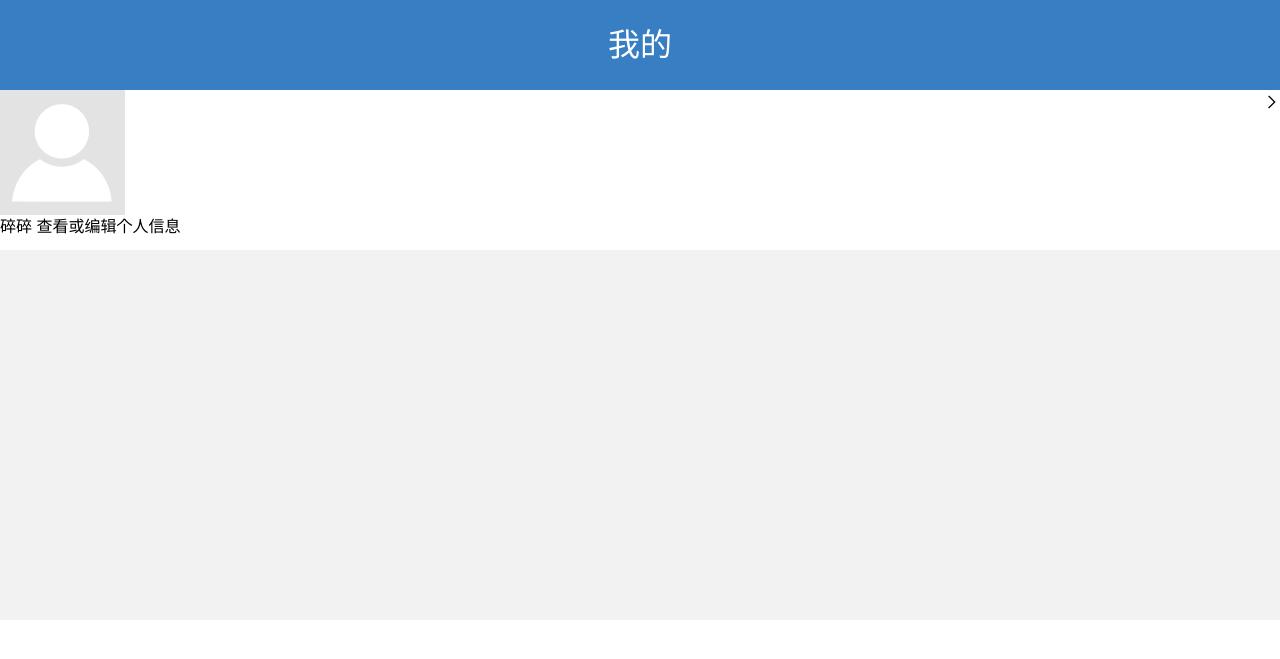
Repository: A1LExX/H5_study_set
Page: myProfile/index.html
An editor plug-in stored every save of this project. The page is shown before and after the next save, followed by the edit.
The browser window is 1280 px wide. The pictures show the whole page.

Above is the page before, as saved 2021-07-12 20:10:47.

After the next save:
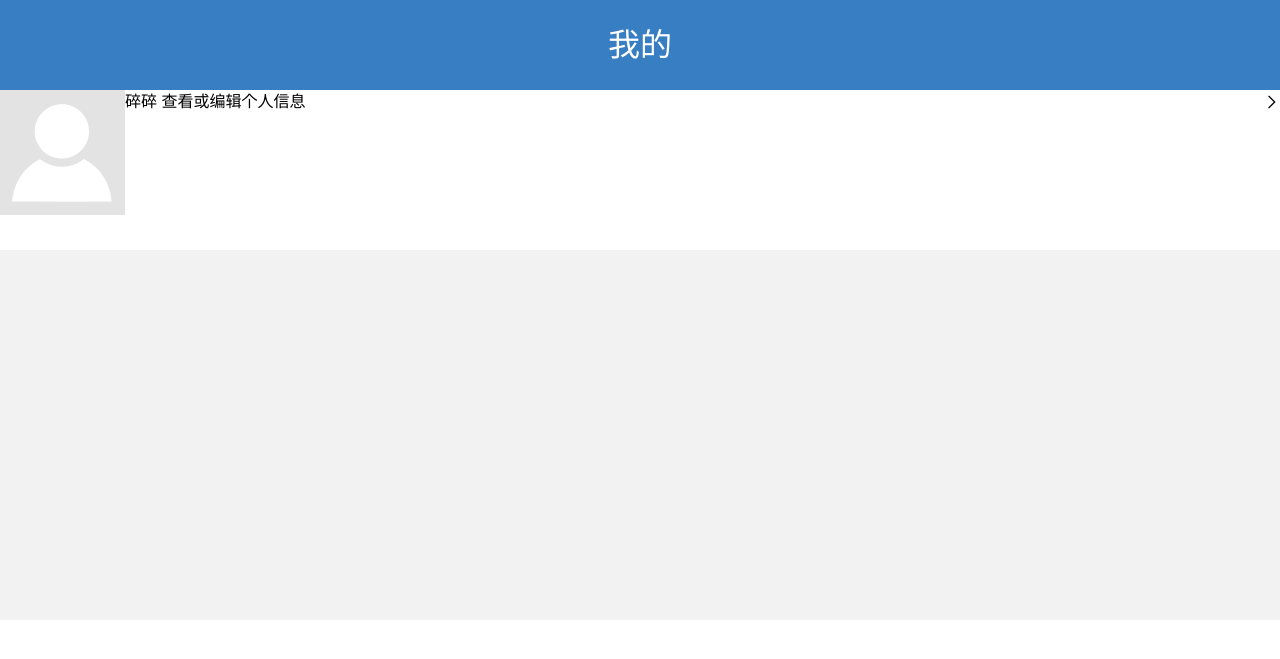
Saved 25 s later.
--- a/myProfile/css/index.css
+++ b/myProfile/css/index.css
@@ -2,7 +2,7 @@
  * @author [Alex Wei]
  * @email [w2262196@outlook.com]
  * @create date 2021-07-12 19:23:21
- * @modify date 2021-07-12 20:10:26
+ * @modify date 2021-07-12 20:11:12
  * @desc [description]
  */
 html, body{
@@ -54,6 +54,11 @@ body{
     color: white;
 }
 
+.profileLeft{
+    display: flex;
+    justify-content: space-between;
+}
+
 .profileWord{
     /* display: inline; */
 }
